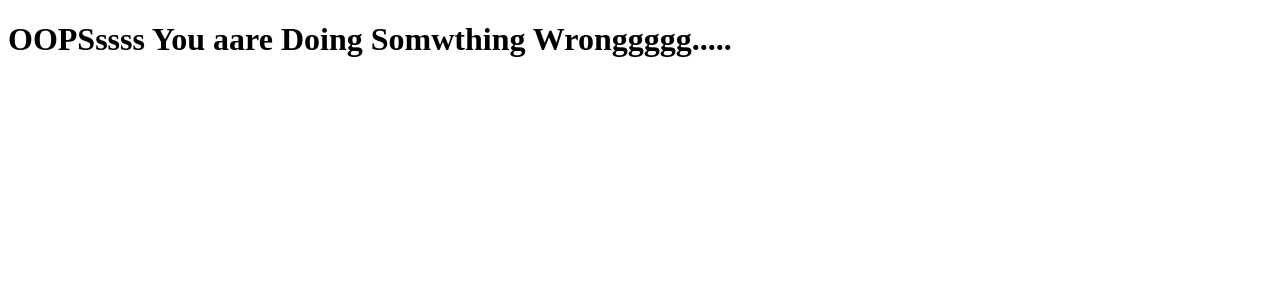
Repository: gadgeswapnil11/Vaulty
Page: http://localhost/ServeletCRUDOprations/failure.jsp
The author's editor kept a copy of each file at every save. The page is drawn from the files as they stood at one save, then again after the next save.
The browser window is 1280 px wide. The pictures show the whole page.
The page is served by Tomcat 9.

Above is the page before, as saved 2023-12-19 09:57:09.

After the next save:
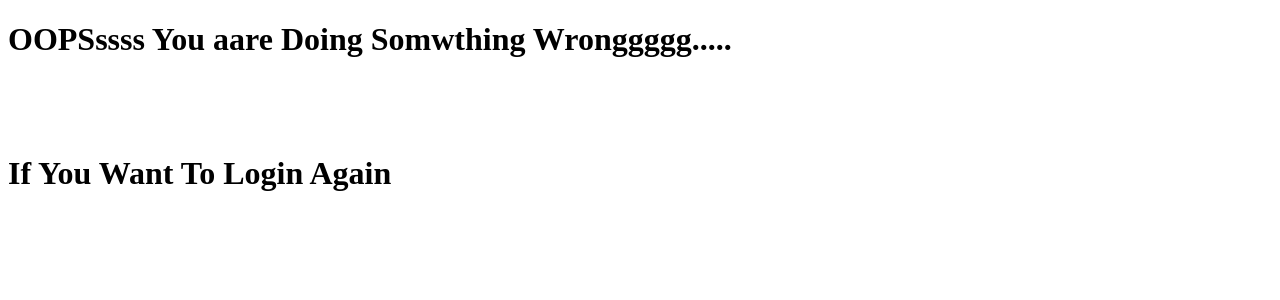
Saved 91 s later.
--- a/ServeletCRUDOprations/src/main/webapp/failure.jsp
+++ b/ServeletCRUDOprations/src/main/webapp/failure.jsp
@@ -7,6 +7,9 @@
 <title>Insert title here</title>
 </head>
 <body>
-<h1>OOPSssss  You aare Doing Somwthing Wronggggg.....</h1>
+<h1>OOPSssss  You aare Doing Somwthing Wronggggg.....</h1><br><br><br>
+
+	<h1>If You Want To Login Again</h1><br>
+	<a href="LoginPage">
 </body>
 </html>
